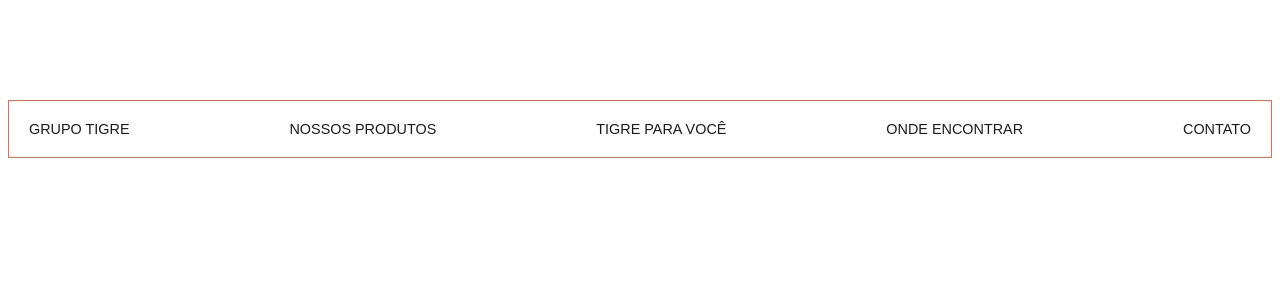
Repository: 27marques/avaliacao
Page: exercicio01/tigre.html
These files come from the project's save history. The page is drawn as it stood at one moment and after the next save; the edit follows.
The browser window is 1280 px wide. The pictures show the whole page.

Above is the page before, as saved 2022-08-26 23:49:43.

After the next save:
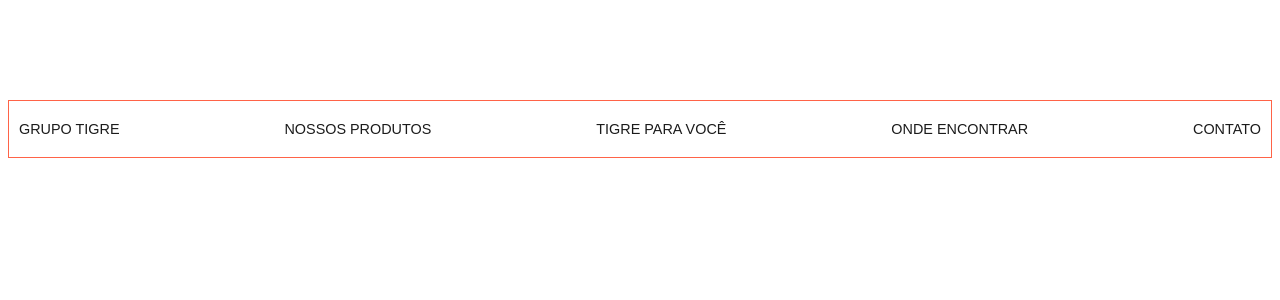
Saved 2 min 16 s later.
--- a/exercicio01/assets/css/style.css
+++ b/exercicio01/assets/css/style.css
@@ -115,8 +115,7 @@
         text-decoration:none;
         color: rgb(27, 27, 27);
         transition: all 1s;
-        padding: 20px;
-        padding-bottom: 20px;
+        padding: 20px 10px;
         display: block;
     }
 
